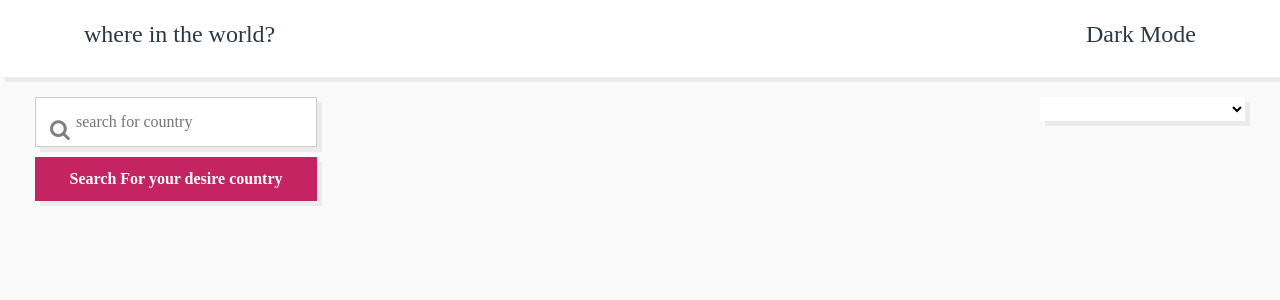
Repository: lamilekan263/countries
Page: /
These files come from the project's save history. The page is drawn as it stood at one moment and after a run of saves; the edit follows.
The browser window is 1280 px wide. The pictures show the whole page.
The page's requests for data from a server got no answer. The project was rebuilt for these pictures with package versions that can differ from the ones it lists, and the page was loaded fresh each time. No one was signed in, and anything a server would have sent is missing. Also part of the build but not shown: src/components/country/country.css, src/components/country/country.jsx, src/components/selectCountryRegion/selectCountryRegion.styles.css, src/components/selectCountryRegion/selectCountryRegion.component.jsx.

Above is the page before, as saved 2020-07-30 16:39:47.

After the next 2 saves:
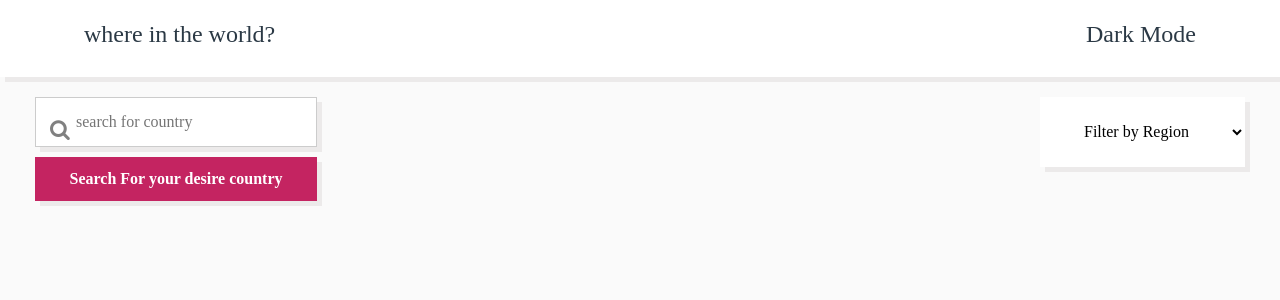
The 2 saves are shown as one change because they came seconds apart.
The last was saved 9 s later.
--- a/src/components/form.component/form.styles.css
+++ b/src/components/form.component/form.styles.css
@@ -20,7 +20,7 @@ button{
 }
 select{
     padding: 12px 40px;
-    height:12px;
+    height:70px;
     border: none;
     background-color: #fff;
     box-shadow:5px 5px rgb(236, 234, 234);
